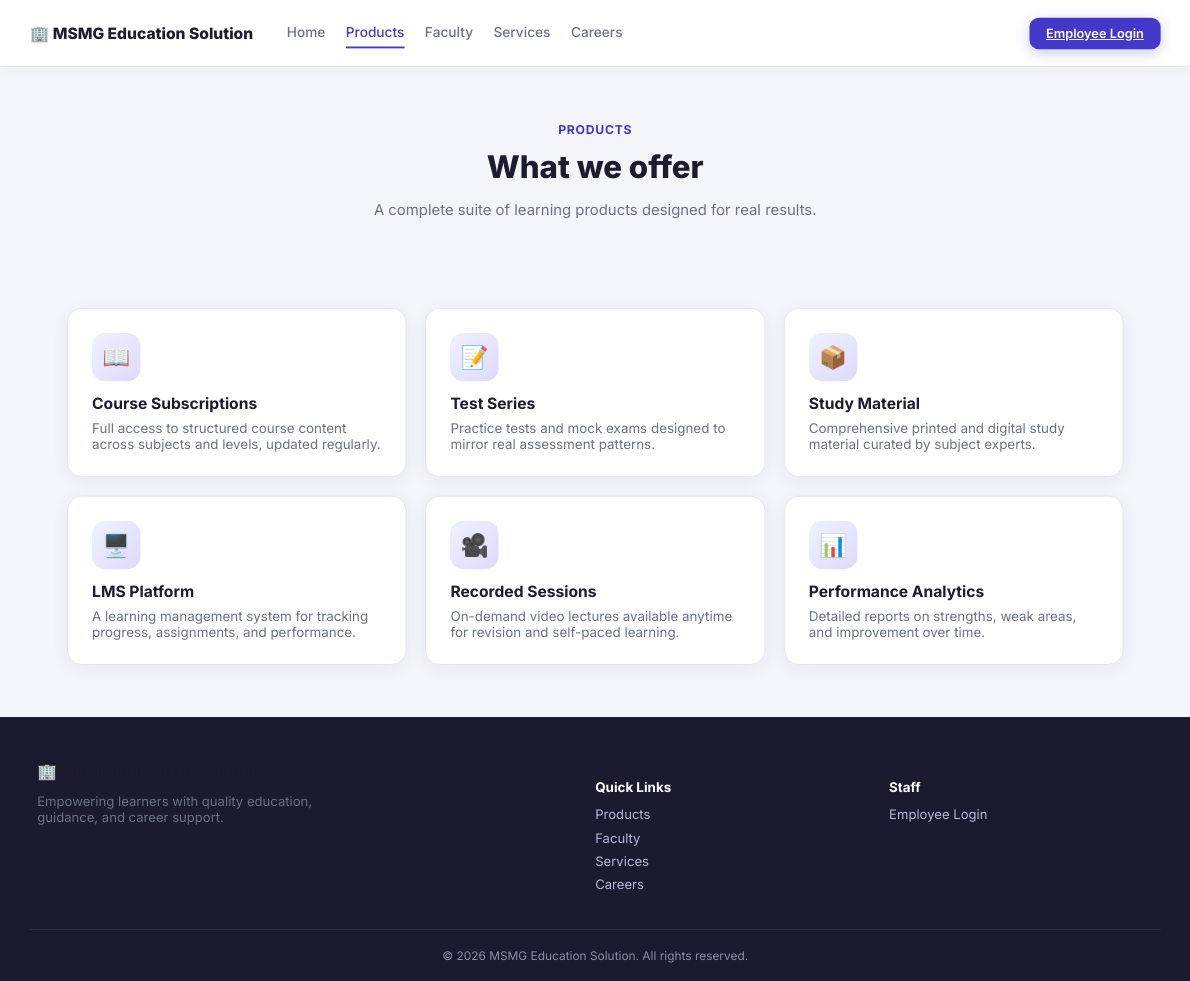
Repository: Kumarankit666/HRMS
Page: /products (app in frontend/)
These files come from the project's save history. The page is drawn as it stood at one moment and after the next save; the edit follows.
The browser window is 1280 px wide. The pictures show the whole page, at 93% of full size.
The project was rebuilt for these pictures with package versions that can differ from the ones it lists, and the page was loaded fresh each time. Also part of the build but not shown: frontend/vite.config.js, frontend/src/components/ProtectedRoute.jsx, frontend/src/components/AppLayout.jsx, frontend/src/pages/public/Home.jsx, frontend/src/pages/public/Faculty.jsx, frontend/src/pages/public/Services.jsx, frontend/src/pages/public/Careers.jsx, frontend/src/pages/Login.jsx and 17 more.

Above is the page before, as saved 2026-07-21 01:12:00.

### frontend/index.html
<!doctype html>
<html lang="en">
  <head>
    <meta charset="UTF-8" />
    <link rel="icon" type="image/svg+xml" href="data:[embedded picture, 141 characters]" />
    <meta name="viewport" content="width=device-width, initial-scale=1.0" />
    <title>MSMG Education Solution</title>
  </head>
  <body>
    <div id="root"></div>
    <script type="module" src="/src/main.jsx"></script>
  </body>
</html>

### frontend/src/App.jsx
import { BrowserRouter, Routes, Route, Navigate } from 'react-router-dom';
import { Toaster } from 'react-hot-toast';
import { AuthProvider, useAuth } from './context/AuthContext';
import ProtectedRoute from './components/ProtectedRoute';
import AppLayout from './components/AppLayout';
import PublicLayout from './components/PublicLayout';

import Home from './pages/public/Home';
import Products from './pages/public/Products';
import Faculty from './pages/public/Faculty';
import Services from './pages/public/Services';
import Careers from './pages/public/Careers';

import Login from './pages/Login';
import ForgotPassword from './pages/ForgotPassword';
import Onboarding from './pages/Onboarding';
import Overview from './pages/Overview';
import Attendance from './pages/Attendance';
import Payroll from './pages/Payroll';
import Documents from './pages/Documents';
import Training from './pages/Training';
import TrainingAdmin from './pages/TrainingAdmin';
import Consent from './pages/Consent';
import PoliciesAdmin from './pages/PoliciesAdmin';
import FacultyAdmin from './pages/FacultyAdmin';
import Employees from './pages/Employees';
import OnboardingReview from './pages/OnboardingReview';
import Leave from './pages/Leave';
import LeaveApprovals from './pages/LeaveApprovals';
import OfferLetters from './pages/OfferLetters';

function RoleRoute({ roles, children }) {
  const { user } = useAuth();
  if (!roles.includes(user?.role)) return <Navigate to="/app" replace />;
  return children;
}

function AppRoutes() {
  return (
    <Routes>
      <Route element={<PublicLayout />}>
        <Route path="/" element={<Home />} />
        <Route path="/products" element={<Products />} />
        <Route path="/faculty" element={<Faculty />} />
        <Route path="/services" element={<Services />} />
        <Route path="/careers" element={<Careers />} />
      </Route>

      <Route path="/login" element={<Login />} />
      <Route path="/forgot-password" element={<ForgotPassword />} />
      <Route path="/onboarding" element={<Onboarding />} />

      <Route path="/app" element={<ProtectedRoute><AppLayout /></ProtectedRoute>}>
        <Route index element={<Overview />} />
        <Route path="attendance" element={<Attendance />} />
        <Route path="payroll" element={<Payroll />} />
        <Route path="documents" element={<Documents />} />
        <Route path="training" element={<Training />} />
        <Route path="training-admin" element={<RoleRoute roles={['HR_ADMIN', 'SUPER_ADMIN']}><TrainingAdmin /></RoleRoute>} />
        <Route path="consent" element={<Consent />} />
        <Route path="policies-admin" element={<RoleRoute roles={['HR_ADMIN', 'SUPER_ADMIN']}><PoliciesAdmin /></RoleRoute>} />
        <Route path="faculty-admin" element={<RoleRoute roles={['HR_ADMIN', 'SUPER_ADMIN']}><FacultyAdmin /></RoleRoute>} />
        <Route path="leave" element={<Leave />} />
        <Route path="team-leave" element={<LeaveApprovals />} />
        <Route path="employees" element={<RoleRoute roles={['HR_ADMIN', 'SUPER_ADMIN']}><Employees /></RoleRoute>} />
        <Route path="onboarding-review" element={<RoleRoute roles={['HR_ADMIN', 'SUPER_ADMIN']}><OnboardingReview /></RoleRoute>} />
        <Route path="leave-approvals" element={<RoleRoute roles={['HR_ADMIN', 'SUPER_ADMIN']}><LeaveApprovals /></RoleRoute>} />
        <Route path="offer-letters" element={<RoleRoute roles={['HR_ADMIN', 'SUPER_ADMIN']}><OfferLetters /></RoleRoute>} />
      </Route>

      <Route path="*" element={<Navigate to="/" replace />} />
    </Routes>
  );
}

export default function App() {
  return (
    <AuthProvider>
      <BrowserRouter>
        <Toaster position="top-right" />
        <AppRoutes />
      </BrowserRouter>
    </AuthProvider>
  );
}

### frontend/src/context/AuthContext.jsx
import { createContext, useContext, useState, useCallback } from 'react';
import api from '../api/client';

const AuthContext = createContext(null);

export function AuthProvider({ children }) {
  const [user, setUser] = useState(() => {
    const saved = localStorage.getItem('hrms_user');
    return saved ? JSON.parse(saved) : null;
  });

  const login = useCallback(async (employeeCode, password) => {
    const res = await api.post('/auth/login', { employeeCode, password });
    const data = res.data.data;
    localStorage.setItem('hrms_token', data.token);
    localStorage.setItem('hrms_user', JSON.stringify(data));
    setUser(data);
    return data;
  }, []);

  const logout = useCallback(() => {
    localStorage.removeItem('hrms_token');
    localStorage.removeItem('hrms_user');
    setUser(null);
  }, []);

  const isAdminOrHr = user && ['HR_ADMIN', 'SUPER_ADMIN'].includes(user.role);

  return (
    <AuthContext.Provider value={{ user, setUser, login, logout, isAdminOrHr }}>
      {children}
    </AuthContext.Provider>
  );
}

export function useAuth() {
  return useContext(AuthContext);
}

### frontend/src/components/PublicLayout.jsx
import { useState } from 'react';
import { NavLink, Outlet, Link } from 'react-router-dom';

export default function PublicLayout() {
  const [open, setOpen] = useState(false);
  const linkClass = ({ isActive }) => 'pub-link' + (isActive ? ' active' : '');

  return (
    <div className="pub-shell">
      <header className="pub-header">
        <Link to="/" className="pub-brand">🏢 MSMG Education Solution</Link>

        <nav className={'pub-nav' + (open ? ' open' : '')}>
          <NavLink to="/" end className={linkClass}>Home</NavLink>
          <NavLink to="/products" className={linkClass}>Products</NavLink>
          <NavLink to="/faculty" className={linkClass}>Faculty</NavLink>
          <NavLink to="/services" className={linkClass}>Services</NavLink>
          <NavLink to="/careers" className={linkClass}>Careers</NavLink>
        </nav>

        <div className="pub-header-right">
          <Link to="/login" className="btn btn-primary pub-login-btn">Employee Login</Link>
          <button className="pub-hamburger" onClick={() => setOpen((v) => !v)}>☰</button>
        </div>
      </header>

      <main className="pub-main">
        <Outlet />
      </main>

      <footer className="pub-footer">
        <div className="pub-footer-inner">
          <div>
            <div className="pub-brand" style={{ marginBottom: 10 }}>🏢 MSMG Education Solution</div>
            <p className="text-muted" style={{ maxWidth: 360, fontSize: '0.88rem' }}>
              Empowering learners with quality education, guidance, and career support.
            </p>
          </div>
          <div>
            <h4>Quick Links</h4>
            <Link to="/products">Products</Link>
            <Link to="/faculty">Faculty</Link>
            <Link to="/services">Services</Link>
            <Link to="/careers">Careers</Link>
          </div>
          <div>
            <h4>Staff</h4>
            <Link to="/login">Employee Login</Link>
          </div>
        </div>
        <div className="pub-footer-bottom">© {new Date().getFullYear()} MSMG Education Solution. All rights reserved.</div>
      </footer>
    </div>
  );
}

### frontend/src/pages/public/Products.jsx
const PRODUCTS = [
  { icon: '📖', title: 'Course Subscriptions', desc: 'Full access to structured course content across subjects and levels, updated regularly.' },
  { icon: '📝', title: 'Test Series', desc: 'Practice tests and mock exams designed to mirror real assessment patterns.' },
  { icon: '📦', title: 'Study Material', desc: 'Comprehensive printed and digital study material curated by subject experts.' },
  { icon: '🖥️', title: 'LMS Platform', desc: 'A learning management system for tracking progress, assignments, and performance.' },
  { icon: '🎥', title: 'Recorded Sessions', desc: 'On-demand video lectures available anytime for revision and self-paced learning.' },
  { icon: '📊', title: 'Performance Analytics', desc: 'Detailed reports on strengths, weak areas, and improvement over time.' }
];

export default function Products() {
  return (
    <div>
      <section className="pub-page-header">
        <span className="pub-eyebrow">Products</span>
        <h1>What we offer</h1>
        <p>A complete suite of learning products designed for real results.</p>
      </section>

      <section className="pub-section">
        <div className="pub-grid-3">
          {PRODUCTS.map((p) => (
            <div className="pub-card" key={p.title}>
              <div className="pub-card-icon">{p.icon}</div>
              <h3>{p.title}</h3>
              <p>{p.desc}</p>
            </div>
          ))}
        </div>
      </section>
    </div>
  );
}

Loaded but not shown: frontend/src/main.jsx (common file); frontend/src/api/client.js (32 lines, source omitted); frontend/src/index.css (303 lines, source omitted)

After the next save:
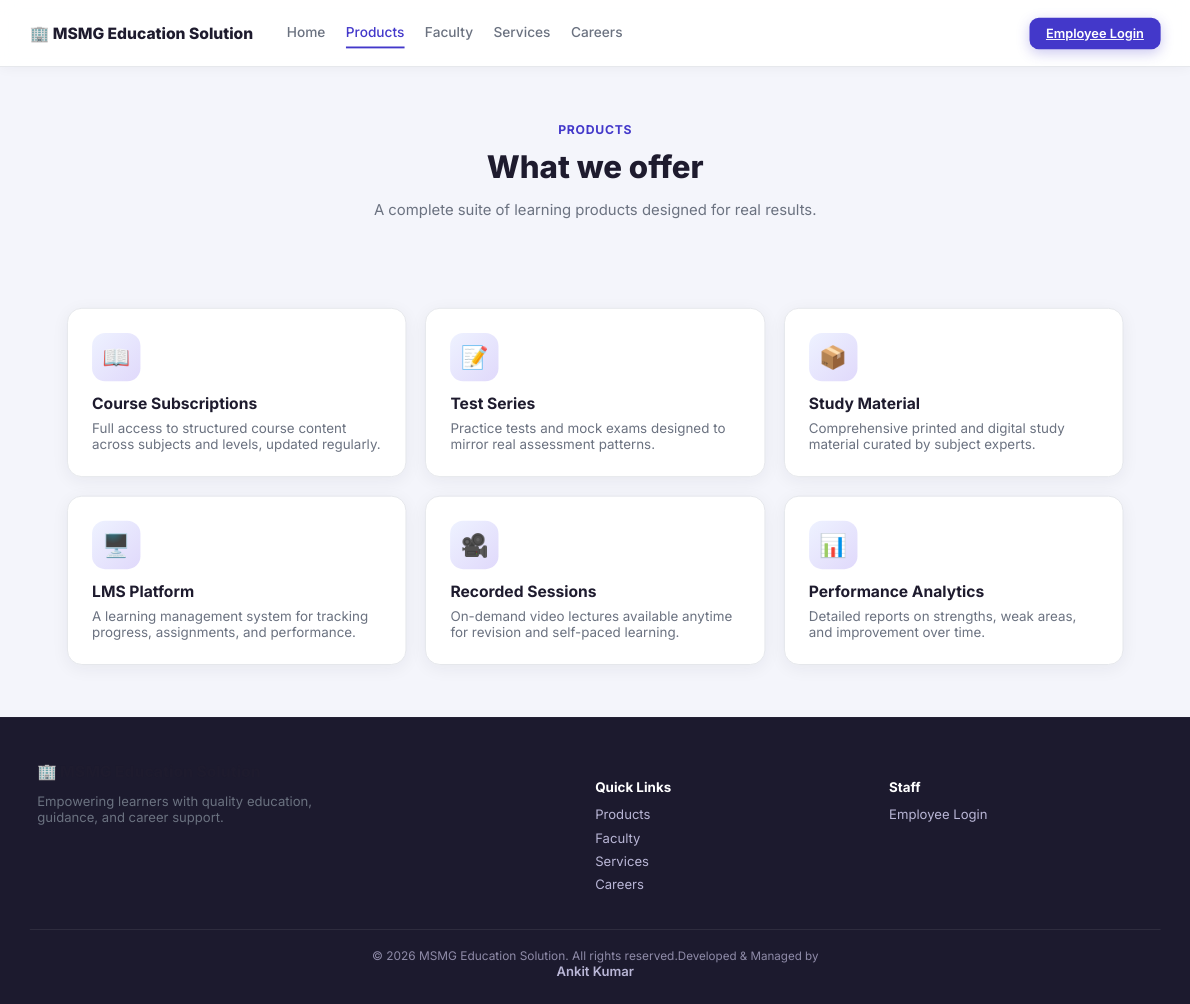
Saved 9 min 0 s later.
--- a/frontend/src/components/PublicLayout.jsx
+++ b/frontend/src/components/PublicLayout.jsx
@@ -48,7 +48,12 @@ export default function PublicLayout() {
             <Link to="/login">Employee Login</Link>
           </div>
         </div>
-        <div className="pub-footer-bottom">© {new Date().getFullYear()} MSMG Education Solution. All rights reserved.</div>
+        <div className="pub-footer-bottom pub-footer-bottom-row">
+          <span>© {new Date().getFullYear()} MSMG Education Solution. All rights reserved.</span>
+          <span className="dev-credit">
+            Developed &amp; Managed by <a href="https://www.kumarankit.in/" target="_blank" rel="noreferrer">Ankit Kumar</a>
+          </span>
+        </div>
       </footer>
     </div>
   );
